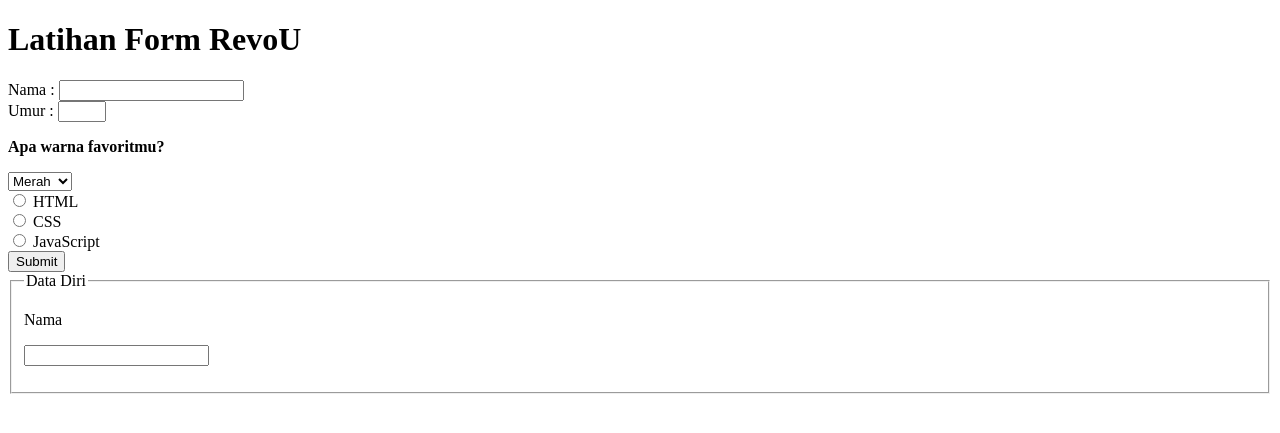
Repository: esramrsln/day2_RevoU
Page: form.html
An editor plug-in stored every save of this project. The page is shown before and after a run of saves, followed by the edit.
The browser window is 1280 px wide. The pictures show the whole page.

Above is the page before, as saved 2024-07-23 21:41:55.

After the next 4 saves:
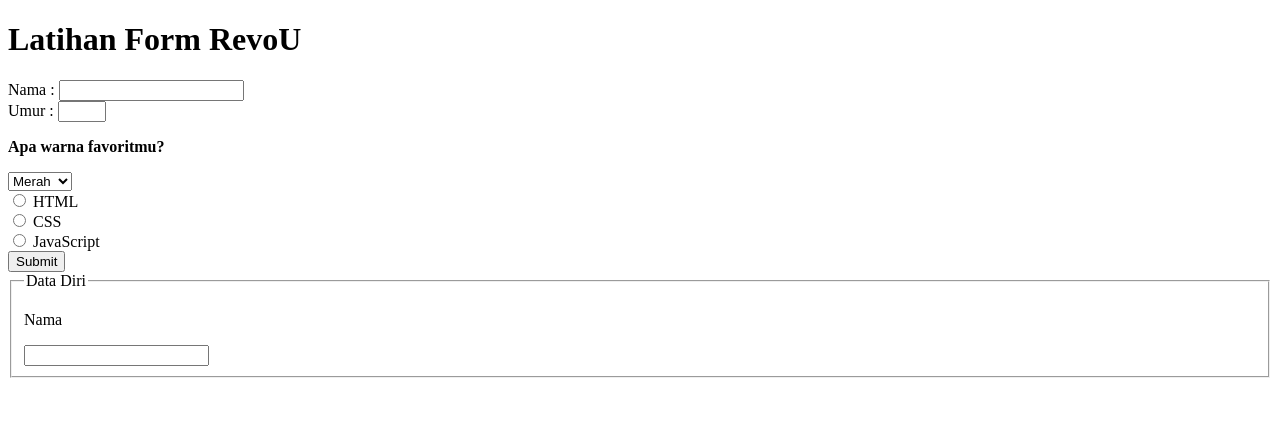
The 4 saves are shown as one change because they came seconds apart.
The last was saved 27 s later.
--- a/form.html
+++ b/form.html
@@ -37,7 +37,8 @@
     <fieldset>
         <legend>Data Diri</legend>
         <p><label for="nama">Nama</label></p>
-        <p><input type="text" name="nama"></p>
+           <input type="text" name="nama">
+
     </fieldset>
 </body>
 </html>

After the 4 saves that followed:
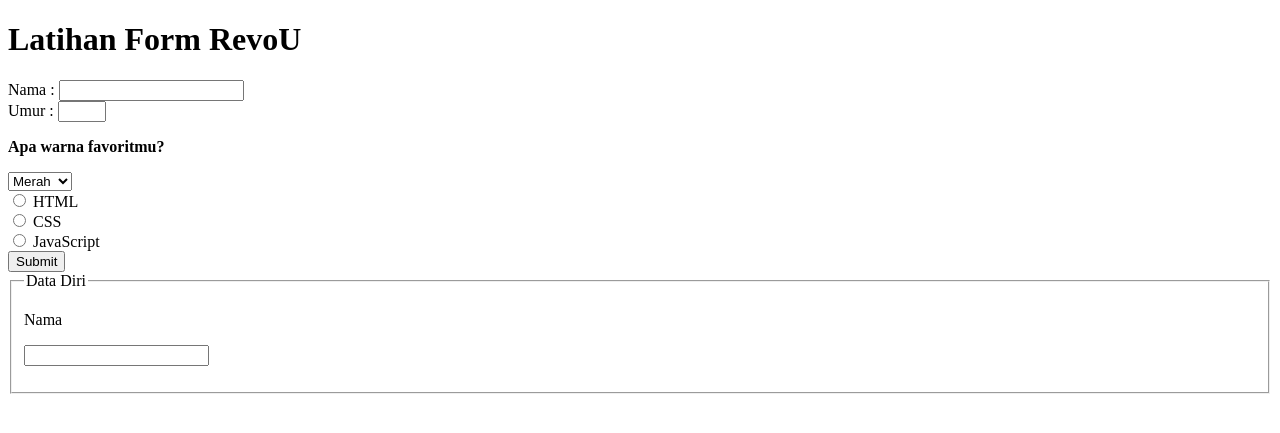
The 4 saves are shown as one change because they came seconds apart.
The last was saved 11 s later.
--- a/form.html
+++ b/form.html
@@ -38,7 +38,7 @@
         <legend>Data Diri</legend>
         <p><label for="nama">Nama</label></p>
            <input type="text" name="nama">
-
+        <p><label for="usia"></label></p>
     </fieldset>
 </body>
 </html>
